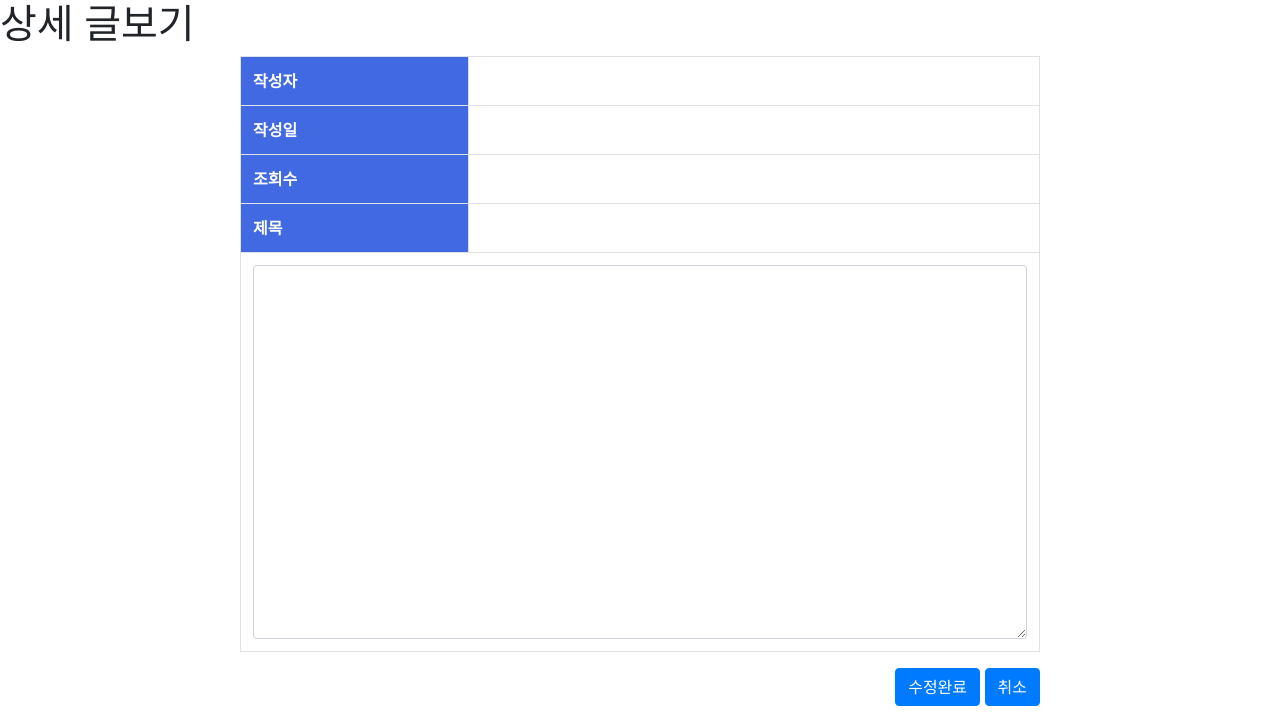
Repository: suhong99/SpringBootFront
Page: FrontSample/src/main/webapp/bbsupdate.html
An editor plug-in stored every save of this project. The page is shown before and after the next save, followed by the edit.
The browser window is 1280 px wide. The pictures show the whole page.

Above is the page before, as saved 2023-08-04 05:56:42.
Console error: TypeError: Cannot read properties of null (reading 'id')

After the next save:
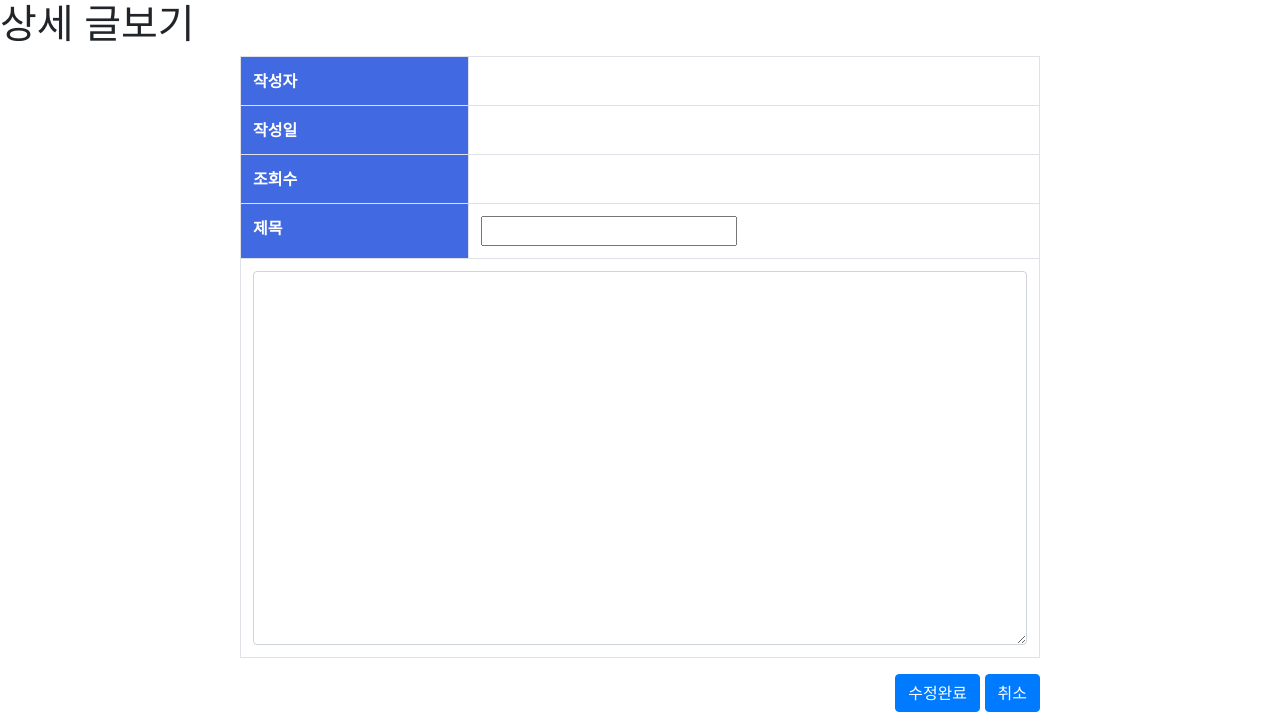
Saved 16 s later.
--- a/FrontSample/src/main/webapp/bbsupdate.html
+++ b/FrontSample/src/main/webapp/bbsupdate.html
@@ -47,7 +47,7 @@ th{
 </tr>
 <tr>
 	<th>제목</th>
-	<td id="title"></td>
+	<td ><input id="title" type="text"/></td>
 </tr>
 <tr>
 	<td colspan="2" style="height: 300px; font-size: 120%">
